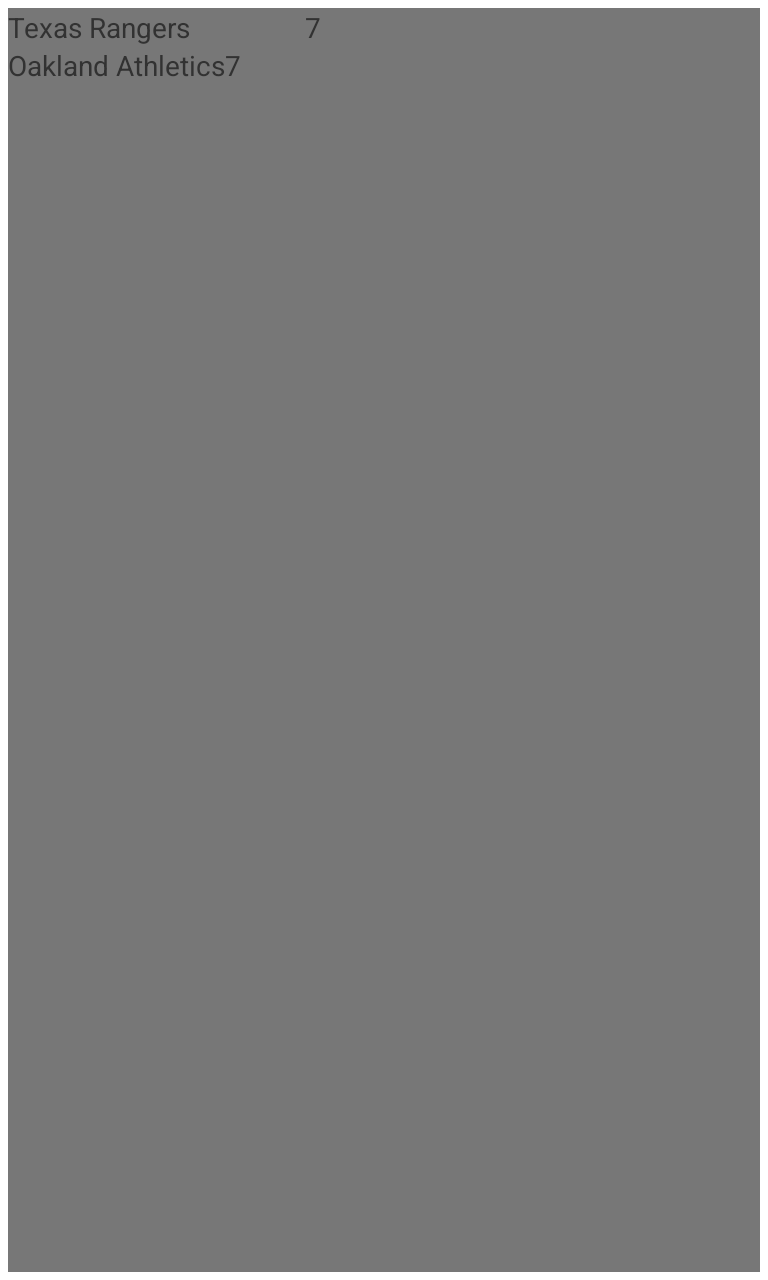
Repository: jemcphe/MDF3
Layout: Week3 Widget/TeamWidget/res/layout/widget_layout.xml
These files come from the project's save history. The layout is drawn as it stood at one moment and after the next save; the edit follows.
It is drawn on a 768 x 1280 px phone screen (xhdpi) without system bars, with theme AppTheme; the app's code is not run.

Above is the layout before, as saved 2013-07-26 02:46:32.

### Week3 Widget/TeamWidget/res/layout/widget_layout.xml
<?xml version="1.0" encoding="utf-8"?>
<FrameLayout xmlns:android="http://schemas.android.com/apk/res/android"
    android:layout_width="match_parent"
    android:layout_height="match_parent"
    android:padding="4dp"
    android:orientation="vertical" >

    <GridLayout
            android:id="@+id/teamGrid"
            android:layout_width="match_parent"
            android:layout_height="match_parent"
            android:columnCount="2"
            android:background="#777777" >

        <TextView
	        android:id="@+id/team1"
	        android:layout_width="wrap_content"
	        android:layout_height="wrap_content"
	        android:layout_weight="2"
	        android:text="Texas Rangers"
	        android:textSize="14sp" />

	    <TextView
	        android:id="@+id/runs1"
	        android:layout_width="wrap_content"
	        android:layout_height="wrap_content"
	        android:layout_weight="1"
	        android:text="7"
	        android:textSize="14sp"
	        android:paddingLeft="40dp" />

	    <TextView
	        android:id="@+id/team2"
	        android:layout_width="wrap_content"
	        android:layout_height="wrap_content"
	        android:layout_weight="2"
	        android:text="Oakland Athletics"
	        android:textSize="14sp" />

	    <TextView
	        android:id="@+id/runs2"
	        android:layout_width="wrap_content"
	        android:layout_height="wrap_content"
	        android:layout_weight="1"
	        android:text="7"
	        android:textSize="14sp"/>

    </GridLayout>



	<!-- <LinearLayout
	    android:id="@+id/homeTeam"
	    android:layout_width="fill_parent"
	    android:layout_height="wrap_content"
	    android:orientation="horizontal"
	    android:background="#777777"
	    android:padding="5dp">

	    <TextView
	        android:id="@+id/team1"
	        android:layout_width="40dp"
	        android:layout_height="wrap_content"
	        android:layout_weight="2"
	        android:text="Texas Rangers"
	        android:textSize="14sp" />

	    <TextView
	        android:id="@+id/runs1"
	        android:layout_width="40dp"
	        android:layout_height="wrap_content"
	        android:layout_weight="1"
	        android:text="7"
	        android:textSize="14sp" />

	</LinearLayout>

	<LinearLayout
	    android:id="@+id/awayTeam"
	    android:layout_width="fill_parent"
	    android:layout_height="wrap_content"
	    android:orientation="horizontal"
	    android:background="#777777"
	    android:padding="5dp">

	    <TextView
	        android:id="@+id/team2"
	        android:layout_width="40dp"
	        android:layout_height="wrap_content"
	        android:layout_weight="2"
	        android:text="Oakland Athletics"
	        android:textSize="14sp" />

	    <TextView
	        android:id="@+id/runs2"
	        android:layout_width="40dp"
	        android:layout_height="wrap_content"
	        android:layout_weight="1"
	        android:text="7"
	        android:textSize="14sp"/>

	</LinearLayout> -->

</FrameLayout>

Loaded but not shown: Week3 Widget/TeamWidget/res/values/styles.xml (common file); Week3 Widget/TeamWidget/res/values-v11/styles.xml (common file); Week3 Widget/TeamWidget/res/values-v14/styles.xml (common file)

After the next save:
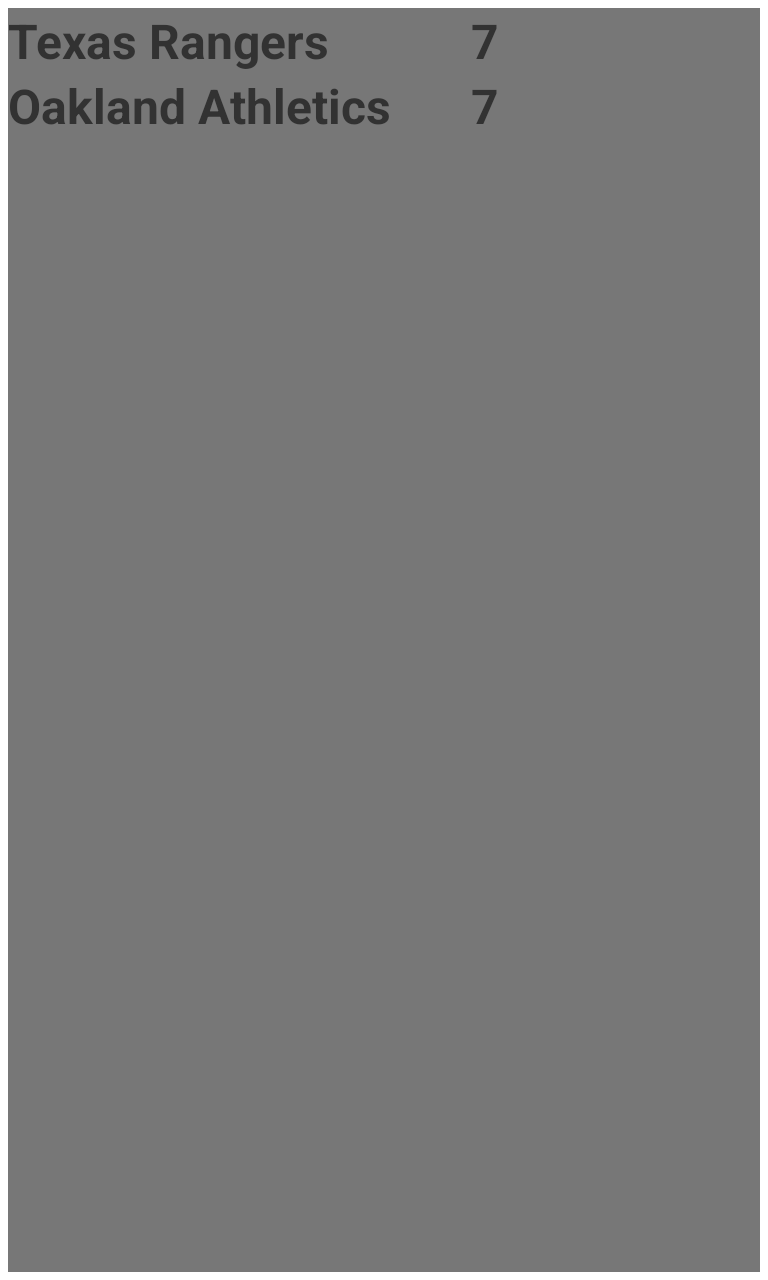
Saved 85 s later.
--- a/Week3 Widget/TeamWidget/res/layout/widget_layout.xml
+++ b/Week3 Widget/TeamWidget/res/layout/widget_layout.xml
@@ -18,7 +18,8 @@
 	        android:layout_height="wrap_content"
 	        android:layout_weight="2"
 	        android:text="Texas Rangers"
-	        android:textSize="14sp" />
+	        android:textSize="24sp"
+	        android:textStyle="bold"/>
 
 	    <TextView
 	        android:id="@+id/runs1"
@@ -26,8 +27,9 @@
 	        android:layout_height="wrap_content"
 	        android:layout_weight="1"
 	        android:text="7"
-	        android:textSize="14sp"
-	        android:paddingLeft="40dp" />
+	        android:textSize="24sp"
+	        android:paddingLeft="40dp"
+	        android:textStyle="bold" />
 
 	    <TextView
 	        android:id="@+id/team2"
@@ -35,7 +37,8 @@
 	        android:layout_height="wrap_content"
 	        android:layout_weight="2"
 	        android:text="Oakland Athletics"
-	        android:textSize="14sp" />
+	        android:textSize="24sp"
+	        android:textStyle="bold" />
 
 	    <TextView
 	        android:id="@+id/runs2"
@@ -43,7 +46,9 @@
 	        android:layout_height="wrap_content"
 	        android:layout_weight="1"
 	        android:text="7"
-	        android:textSize="14sp"/>
+	        android:textSize="24sp"
+	        android:paddingLeft="40dp"
+	        android:textStyle="bold"/>
 
     </GridLayout>
 
